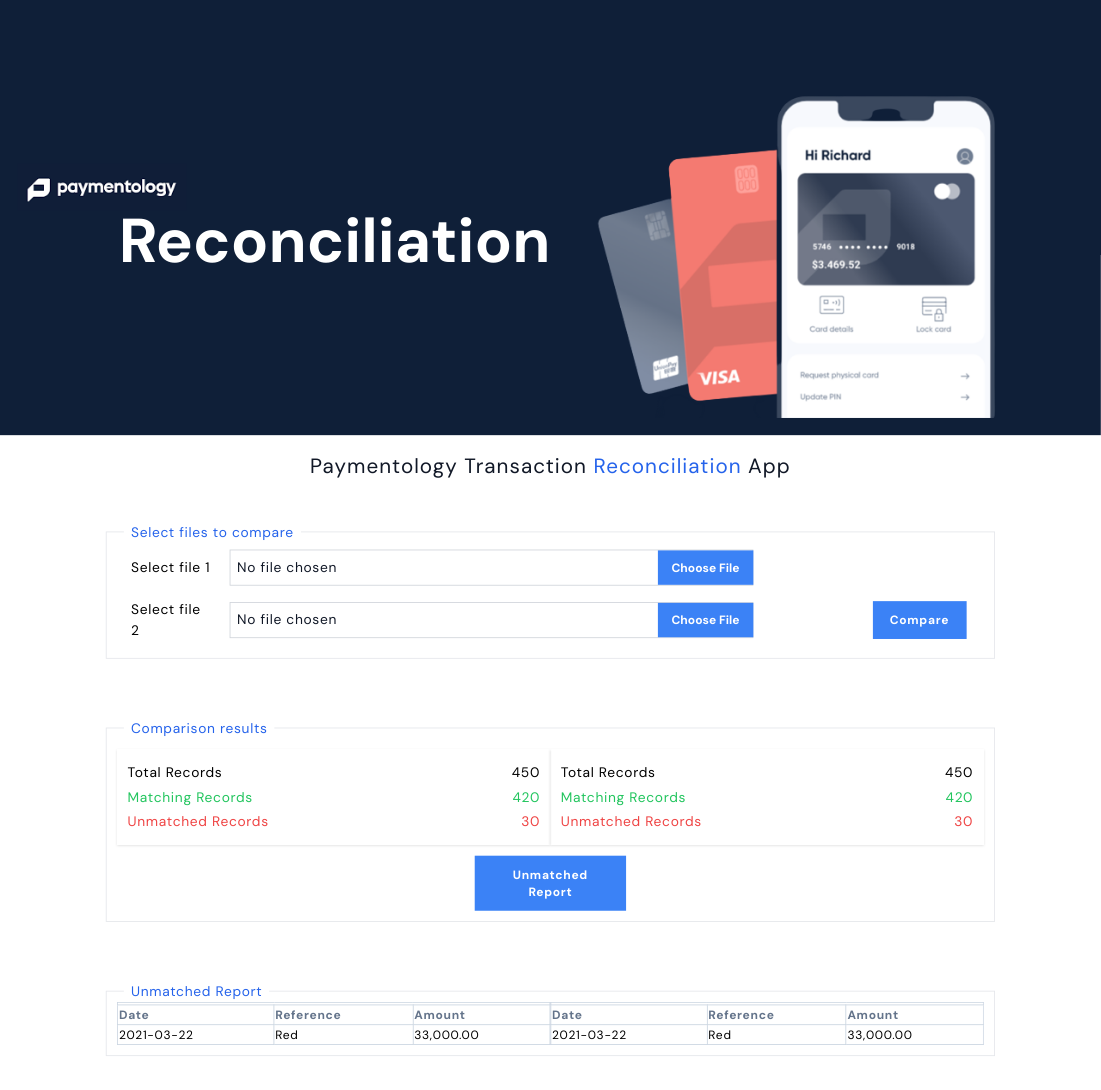
Repository: chionye/paymentology-front
Page: /
These files come from the project's save history. The page is drawn as it stood at one moment and after a run of saves; the edit follows.
The browser window is 1280 px wide. The pictures show the whole page, at 86% of full size.
The project was rebuilt for these pictures with package versions that can differ from the ones it lists, and the page was loaded fresh each time.

Above is the page before, as saved 2022-03-20 13:47:51.

### public/index.html
<!DOCTYPE html>
<html lang="en">
  <head>
    <meta charset="utf-8" />
    <link rel="icon" href="%PUBLIC_URL%/favicon.ico" />
    <meta name="viewport" content="width=device-width, initial-scale=1" />
    <meta name="theme-color" content="#000000" />
    <meta
      name="description"
      content="Web site created using create-react-app"
    />
    <link rel="preconnect" href="https://fonts.googleapis.com">
    <link rel="preconnect" href="https://fonts.gstatic.com" crossorigin>
    <link href="https://fonts.googleapis.com/css2?family=DM+Sans:wght@400;700&display=swap" rel="stylesheet">
    <link rel="apple-touch-icon" href="%PUBLIC_URL%/logo192.png" />
    <!--
      manifest.json provides metadata used when your web app is installed on a
      user's mobile device or desktop. See https://developers.google.com/web/fundamentals/web-app-manifest/
    -->
    <link rel="manifest" href="%PUBLIC_URL%/manifest.json" />
    <!--
      Notice the use of %PUBLIC_URL% in the tags above.
      It will be replaced with the URL of the `public` folder during the build.
      Only files inside the `public` folder can be referenced from the HTML.

      Unlike "/favicon.ico" or "favicon.ico", "%PUBLIC_URL%/favicon.ico" will
      work correctly both with client-side routing and a non-root public URL.
      Learn how to configure a non-root public URL by running `npm run build`.
    -->
    <title>React App</title>
  </head>
  <body>
    <noscript>You need to enable JavaScript to run this app.</noscript>
    <div id="root"></div>
    <!--
      This HTML file is a template.
      If you open it directly in the browser, you will see an empty page.

      You can add webfonts, meta tags, or analytics to this file.
      The build step will place the bundled scripts into the <body> tag.

      To begin the development, run `npm start` or `yarn start`.
      To create a production bundle, use `npm run build` or `yarn build`.
    -->
  </body>
</html>

### src/index.css
@tailwind base;
@tailwind components;
@tailwind utilities;

body {
  margin: 0;
  padding:0;
  box-sizing: border-box;
  font-family: -apple-system, BlinkMacSystemFont, 'Segoe UI', 'Roboto', 'Oxygen',
    'Ubuntu', 'Cantarell', 'Fira Sans', 'Droid Sans', 'Helvetica Neue',
    sans-serif;
  -webkit-font-smoothing: antialiased;
  -moz-osx-font-smoothing: grayscale;
  font-family: 'DM Sans', sans-serif;
}

input[type=file]::file-selector-button {
  position: absolute;
  right:-5px;
  top:0;

}
input[type=file]::-ms-browse {
  position: absolute;
  right:-5px;
  top:0;
}

input[type=file]::-webkit-file-upload-button {
  position: absolute;
  right:-5px;
  top:0;
}

### src/App.js
import Banner from "./components/Banner";
import CompareFiles from "./components/CompareFiles";
import { FileProvider } from "./context/index.context";
import Results from "./components/Results";
import Report from "./components/Report";
import Title from "./components/Title";

function App() {
  return (
    <FileProvider>
      <Banner />
      <Title />

      <CompareFiles />
      <Results />
      <Report />
    </FileProvider>

  );
}

export default App;

### src/components/Banner.js
import BannerImg from "../assets/PaymentologyImg.png";
import Logo from "../assets/PaymentologyLogo.png"
import Container from "./Container";
const Banner = () => {
    const style = {
        background: "#0f1f38"
    }
    return(
        <div style={style} >
            <Container>
                <div className="flex flex-col md:flex-row md:justify-between md:items-center">
                    <div className="w-1/2 text-white text-7xl font-bold text-right">
                        <img className="" src={Logo}  alt="Paymentology Logo"/>
                        <h1>Reconciliation</h1>
                    </div>
                    <div className="w-1/2 ">
                        <img src={BannerImg} alt="Banner" />
                    </div>
                </div>

            </Container>



        </div>
    )
}

export default Banner;

### src/components/CompareFiles.js
import Button from "./Button";
import Container from "./Container";
import InputFile from "./InputFile";
import Section from "./Section";
import { useFileContext } from "../context/index.context";

const CompareFiles = () => {
    const {file, setFile} = useFileContext();

    const saveFile_1 = e => {
        setFile({
            ...file,
            file1: e.target.files[0],
            fileName1: e.target.files[0].name
        })
    }

    const saveFile_2 = e => {
        setFile({
            ...file,
            file2: e.target.files[0],
            fileName2: e.target.files[0].name
        })
    }

    return(
        <Container>
            <Section title={"Select files to compare"}>
                <InputFile
                file={"Select file 1"}
                handleFile={saveFile_1}
                 />
                <div className="flex flex-col md:flex-row md:items-center md:justify-between">
                    <InputFile
                    file={"Select file 2"}
                    handleFile={saveFile_2}
                    />
                    <div className="my-3 md:my-0 md:mr-5">

                    <Button width={"w-full"} label={"Compare"} />
                    </div>

                </div>
            </Section>
        </Container>

    )
}

export default CompareFiles;

### src/context/index.context.js
import { createContext, useContext, useState } from "react";

const FileContext = createContext(null);

export const FileProvider = ({children}) => {
     const [file, setFile] = useState({
        file1: '',
        fileName1: '',
        file2:'',
        fileName2: ''
    });

    return(
        <FileContext.Provider value={{file, setFile}}>
            {children}
        </FileContext.Provider>
    )
}

export const useFileContext = () => useContext(FileContext);

### src/components/Results.js
import Button from "./Button";
import Container from "./Container";
import FileSummary from "./FileSummary";
import Section from "./Section";
import { useFileContext } from "../context/index.context";

const Results = () => {
    const { file } = useFileContext();
    return(
        <Container>
            <Section title={"Comparison results"}>
                <div className="flex flex-col md:flex-row md:justify-between md:items-center">
                    <FileSummary
                        fileName={file.fileName1}
                        totalRecords={450}
                        matchingRecords={420}
                        unmatchedRecords={30}
                    />
                    <FileSummary
                        fileName={file.fileName2}
                        totalRecords={450}
                        matchingRecords={420}
                        unmatchedRecords={30}
                    />
                </div>
                <div className="md:flex md:w-44 md:justify-center md:mx-auto">
                        <Button width={"w-full"} label={"Unmatched Report"} />
                </div>
            </Section>
        </Container>
    )
}

export default Results;

### src/components/Report.js
import Container from "./Container";
import Section from "./Section";
import FileReports from "./FileReports";


const Report = () => {

    return(
        <Container>
            <Section title={"Unmatched Report"}>
                <FileReports />
            </Section>
        </Container>
    )
}

export default Report;

### src/components/Title.js
import Container from "./Container"

const Title = () => {
    return(
        <Container>
            <div className="md:w-5/6 mx-auto">
                <h1 className="font-medium tracking-wider text-center  leading-loose text-xl md:text-2xl text-gray-900">Paymentology Transaction <span className="text-blue-600">Reconciliation</span> App</h1>

            </div>
        </Container>
    )
}

export default Title;

### src/components/Container.js
const Container = (props) => {

    return <div className="p-5 mx-auto">{props.children}</div>
}
export default Container;

### src/components/Button.js
const Button = (props) => {

    return <button className={`${props.width} bg-blue-500 hover:bg-blue-700 py-3 px-5 text-sm text-white font-semibold`} disabled={true}>{props.label}</button>
}

export default Button;

### src/components/InputFile.js


const InputFile = (props) => {


    return(
        <div className="flex flex-col md:flex-row w-full md:w-3/4 md:items-center md:justify-between text-sm md:text-base tracking-wider my-2 md:px-4">
            <label className="w-28 ">{props.file}</label>
            <div className="w-full border border-1 border-gray-300 py-2.5 sm:py-2 relative md:ml-5">
                <input type="file"
                        className="block
                        font-medium
                        tracking-wider
                        w-full
                        pl-2
                        appearance-none
                        text-gray-900
                        file:py-2.5
                        file:px-4
                        file:border-0
                        file:text-sm
                        file:font-semibold
                        file:bg-blue-500
                        hover:file:bg-blue-700
                        file:text-white"
                        onChange={props.handleFile}
                    />
            </div>

        </div>
    )
}

export default InputFile;

### src/components/Section.js

const Section = (props) => {
    return(
        <div className="relative md:w-5/6  h-auto p-3 border border-1 border-gray mx-auto my-5 tracking-wider">
            <div className="absolute font-medium -top-3 left-1 md:left-5 bg-white  text-blue-600 px-2">{props.title}</div>
            {props.children}
        </div>
    )
}

export default Section;

### src/components/FileSummary.js
const FileSummary = (props) => {
    return(
        <div className="shadow text-sm md:text-base p-3 my-3 w-full md:w-1/2  max-w-lg tracking-wider ">
            <div className="font-semibold text-xl">{props.fileName}</div>
            <div className="flex flex-row justify-between my-1">
                <span>Total Records</span>
                <span>{props.totalRecords}</span>
            </div>
            <div className="flex flex-row justify-between my-1 text-green-500">
                <span>Matching Records</span>
                <span>{props.matchingRecords}</span>
            </div>
            <div className="flex flex-row justify-between my-1 text-red-500">
                <span>Unmatched Records</span>
                <span>{props.unmatchedRecords}</span>
            </div>
        </div>
    )
}

export default FileSummary;

### src/components/FileReports.js
import { useFileContext } from "../context/index.context";
import FileReport from './FileReport';

const FileReports = () => {
    const {file} = useFileContext();

    return(
        <div className="w-full overflow-x-scroll flex flex-row">
            <FileReport
                fileName={file.fileName1}
                date={'2021-03-22'}
                reference={'Red'}
                amount={'33,000.00'}
            />
            <FileReport
                fileName={file.fileName2}
                date={'2021-03-22'}
                reference={'Red'}
                amount={'33,000.00'}
            />
        </div>

    )
}

export default FileReports;

### src/components/FileReport.js
const FileReport = (props) => {
    return(
        <table className="w-full border-collapse border-gray-300 text-sm">
            <thead>
                <tr className="text-left">
                    <th className="font-medium text-base border border-slate-300" colSpan={3} >{props.fileName}</th>
                </tr>
                <tr className="text-left text-slate-500">
                    <th className="border border-slate-300">Date</th>
                    <th className="border border-slate-300">Reference</th>
                    <th className="border border-slate-300">Amount</th>
                </tr>
            </thead>
            <tbody>
                <tr>
                    <td className="border border-slate-300">{props.date}</td>
                    <td className="border border-slate-300">{props.reference}</td>
                    <td className="border border-slate-300">{props.amount}</td>
                </tr>
            </tbody>
        </table>
    )
}

export default FileReport;

Loaded but not shown: src/index.js (common file); src/reportWebVitals.js (common file); tailwind.config.js (common file)

After the next 5 saves:
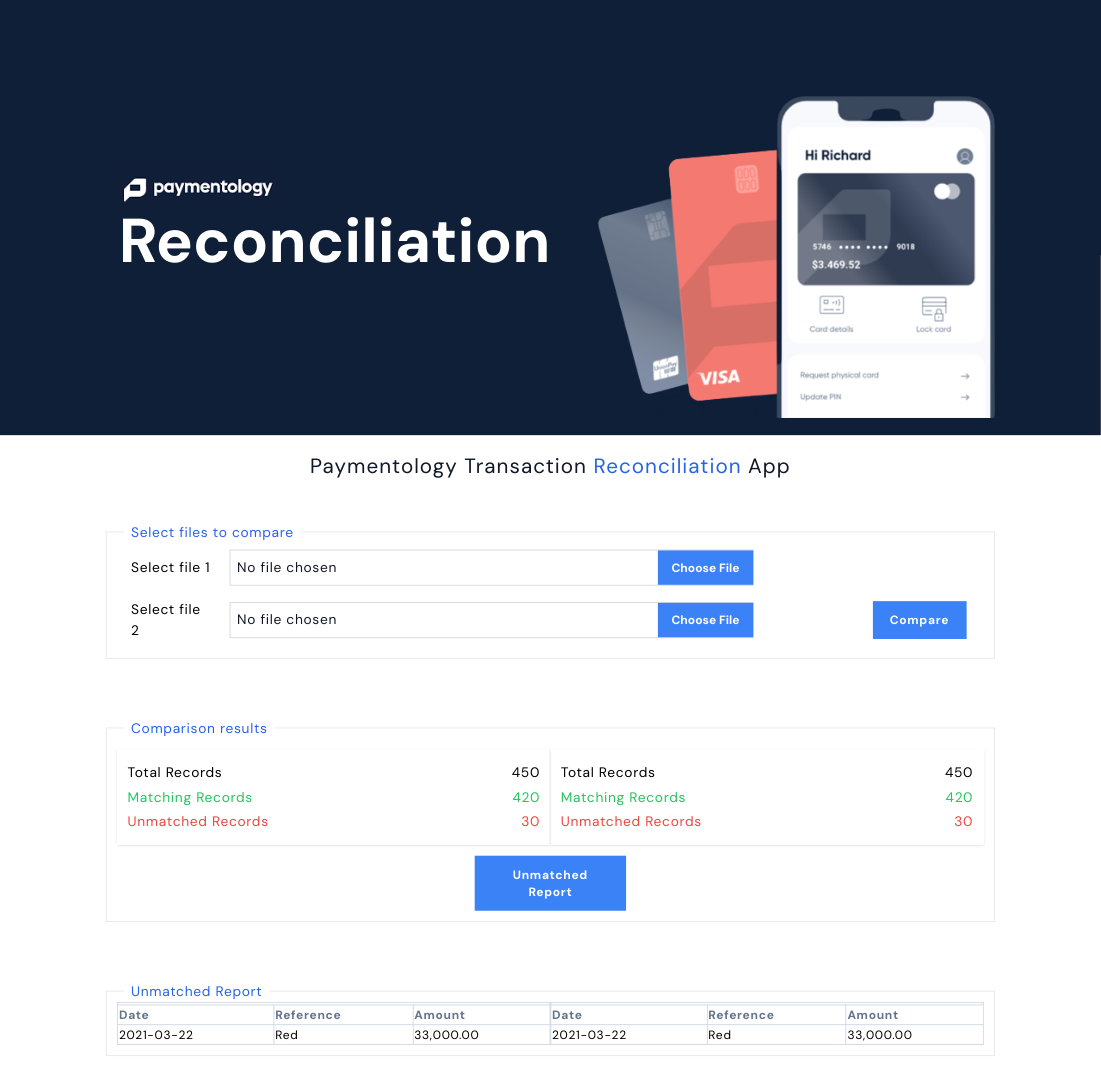
The 5 saves are shown as one change because they came seconds apart.
The last was saved 20 s later.
--- a/src/components/Banner.js
+++ b/src/components/Banner.js
@@ -10,7 +10,7 @@ const Banner = () => {
             <Container>
                 <div className="flex flex-col md:flex-row md:justify-between md:items-center">
                     <div className="w-1/2 text-white text-7xl font-bold text-right">
-                        <img className="" src={Logo}  alt="Paymentology Logo"/>
+                        <img className="ml-28" src={Logo}  alt="Paymentology Logo"/>
                         <h1>Reconciliation</h1>
                     </div>
                     <div className="w-1/2 ">

After the save that followed:
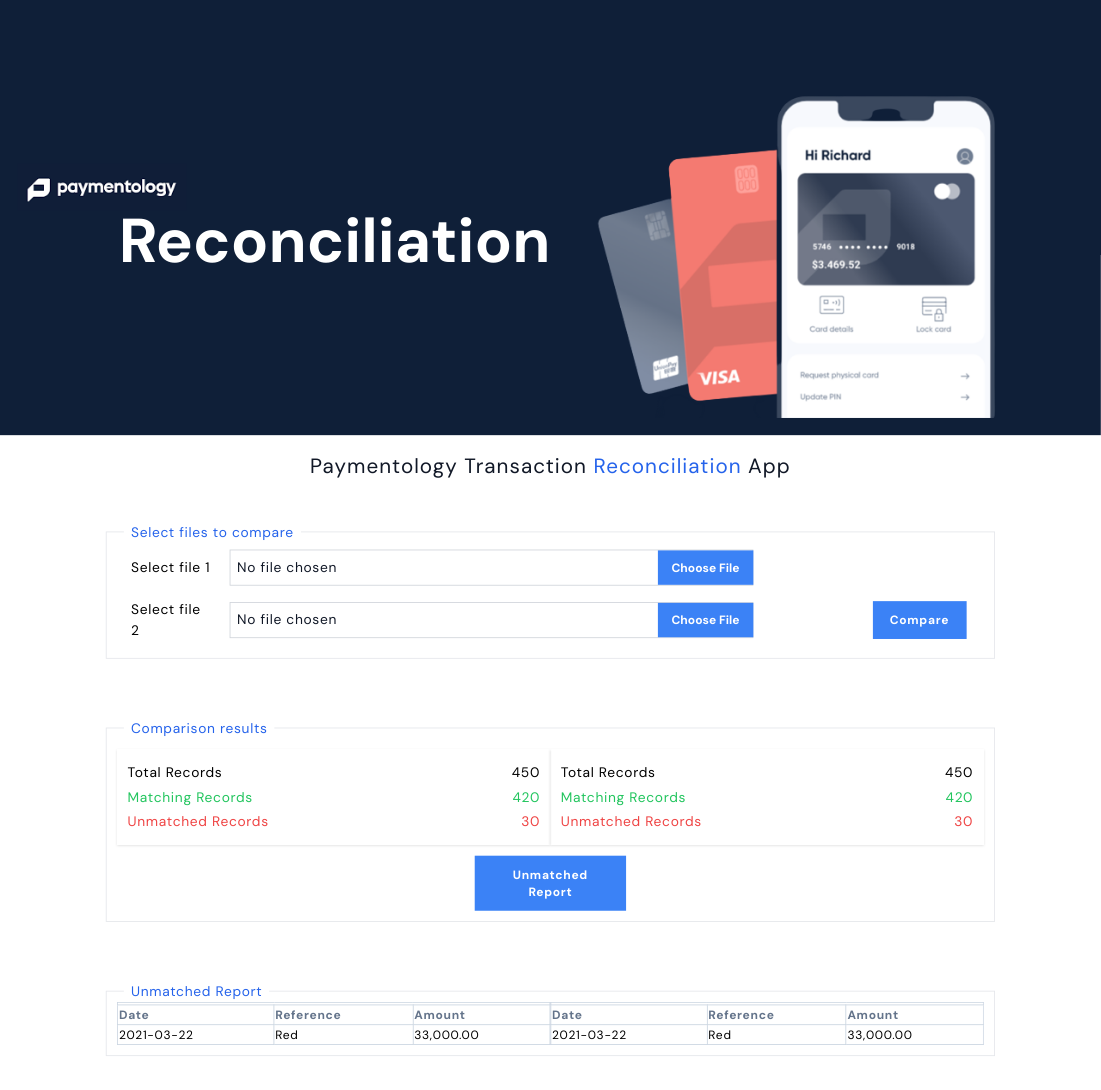
Saved 4 s later.
--- a/src/components/Banner.js
+++ b/src/components/Banner.js
@@ -10,7 +10,7 @@ const Banner = () => {
             <Container>
                 <div className="flex flex-col md:flex-row md:justify-between md:items-center">
                     <div className="w-1/2 text-white text-7xl font-bold text-right">
-                        <img className="ml-28" src={Logo}  alt="Paymentology Logo"/>
+                        <img className="" src={Logo}  alt="Paymentology Logo"/>
                         <h1>Reconciliation</h1>
                     </div>
                     <div className="w-1/2 ">
